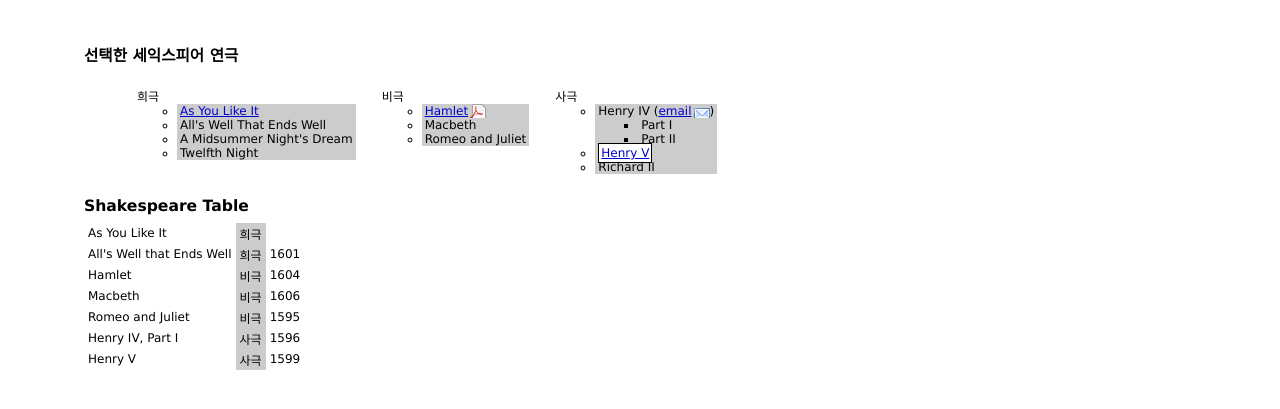
Repository: RyuJelly/211
Page: java_web/jQuery/WebContent/chap02/index.html
The author's editor kept a copy of each file at every save. The page is drawn from the files as they stood at one save, then again after the next save.
The browser window is 1280 px wide. The pictures show the whole page.

Above is the page before, as saved 2021-03-15 03:41:54.

### java_web/jQuery/WebContent/chap02/index.html
<!DOCTYPE html PUBLIC "-//W3C//DTD XHTML 1.0 Transitional//EN"
	"http://www.w3.org/TR/xhtml1/DTD/xhtml1-transitional.dtd">

<html xmlns="http://www.w3.org/1999/xhtml" xml:lang="en" lang="en">
<head>
	<meta http-equiv="Content-Type" content="text/html; charset=utf-8"/>

	<title>Selected ShakeSpeare Plays</title>
	<link rel="stylesheet" href="../css/default.css" type="text/css" media="screen" />
	<link rel="stylesheet" href="chapter2.css" type="text/css" media="screen" />

	<script src="jquery.js" type="text/javascript"></script>
  <script src="chapter2.js" type="text/javascript"></script>

</head>
<body>
<div id="container">

<h2>선택한 세익스피어 연극</h2>
<ul id="selected-plays" class="clear-after">
  <li>희극
    <ul>
    	<li><a href="/asyoulikeit/">As You Like It</a></li>
    	<li>All's Well That Ends Well</li>
    	<li>A Midsummer Night's Dream</li>
    	<li>Twelfth Night</li>
    </ul>
  </li>
  <li>비극
    <ul>
    	<li><a href="hamlet.pdf">Hamlet</a></li>
    	<li>Macbeth</li>
    	<li>Romeo and Juliet</li>
    </ul>
  </li>
  <li>사극
    <ul>
    	<li>Henry IV (<a href="mailto:henryiv@king.co.uk">email</a>)
        <ul>
          <li>Part I</li>
          <li>Part II</li>
			  </ul>
			</li>
			<li><a href="http://www.shakespeare.co.uk/henryv.htm">Henry V</a></li>
			<li>Richard II</li>
    </ul>
  </li>
</ul>
<h2>Shakespeare Table</h2>
<table>
  <tr>
  	<td>As You Like It</td>
  	<td>희극</td>
  	<td></td>
  </tr>
  <tr>
  	<td>All's Well that Ends Well</td>
  	<td>희극</td>
  	<td>1601</td>
  </tr>
  <tr>
  	<td>Hamlet</td>
  	<td>비극</td>
  	<td>1604</td>
  </tr>
  <tr>
  	<td>Macbeth</td>
  	<td>비극</td>
  	<td>1606</td>
  </tr>
  <tr>
  	<td>Romeo and Juliet</td>
  	<td>비극</td>
  	<td>1595</td>
  </tr>
  <tr>
  	<td>Henry IV, Part I</td>
  	<td>사극</td>
  	<td>1596</td>
  </tr>
  <tr>
  	<td>Henry V</td>
  	<td>사극</td>
  	<td>1599</td>
  </tr>
</table>
<!-- <h2>from Benjamin Franklin's <em>Autobiography</em></h2>
<p>Thus refreshed, I walked again up the street, which by this time had many clean-dressed people in it, who were all walking the same way. I joined them, and thereby was led into the great meeting-house of the Quakers near the market. I sat down among them, and, after looking round awhile and hearing nothing said, being very drowsy thro’ labor and want of rest the preceding night, I fell fast asleep, and continued so till the meeting broke up, when one was kind enough to rouse me. This was, therefore, the first house I was in, or slept in, in Philadelphia.</p> -->
</div>
</body>
</html>

### java_web/jQuery/WebContent/chap09/default.css
body {
  font: 62.5% Arial, Verdana, sans-serif;
}

#container {
  padding: 20px 60px 100px;
}
h1 {
  font-size: 2.5em;
  margin-bottom: 1em;
}
h2 {
  font-size: 1.3em;
  margin-bottom: .5em;
}
h3 {
  font-size: 1.1em;
  margin-bottom: 0;
}

### java_web/jQuery/WebContent/chap02/chapter2.css
/***************************************
   =default styles
************************************** */

html, body {
  margin: 0;
  padding: 0;
}

body {
  font: 62.5% Verdana, Helvetica, Arial, sans-serif;
  color: #000;
  background: #fff;
}
#container {
  font-size: 1.2em;
  margin: 10px 2em;
}

h1 {
  font-size: 2.5em;
  margin-bottom: 0;
}

h2 {
  font-size: 1.3em;
  margin-bottom: .5em;
}
h3 {
  font-size: 1.1em;
  margin-bottom: 0;
}

code {
  font-size: 1.2em;
}

a {
  color: #06581f;
}
/* ----------------------------
=Aslett Clearing Method for floats
-------------------------------*/
.clear-after:after {
  content: ".";
  display: block;
  height: 0;
  clear: both;
  visibility: hidden;
  }
.clear-after {display: inline-block;}
/* backslash hack hides from IE Mac \*/
	* html .clear-after {height: 1%;}
	.clear-after {display: block;}
/* end backslash hack */


/***************************************
   =chapter styles
************************************** */

li {
  padding: 0 3px;
}
.horizontal {
  float: left;
  list-style: none;
  margin: 10px;
}
.sub-level {
  background: #ccc;
}
a {
  color: #00c;
}
a.mailto {
  background: url(images/email.png) no-repeat 100% 2px;
  padding-right: 18px;
}
a.pdflink {
  background: url(images/pdf.png) no-repeat 100% 0;
  padding-right: 18px;
}
a.henrylink {
  background-color: #fff;
  padding: 2px;
  border: 1px solid #000;
}
a.external {
  background: #fff url(images/external.png) no-repeat 100% 2px;
  padding-right: 16px;
}

table {
  border-collapse: collapse;
}
th, td {
  text-align: left;
  padding: 2px 4px;
}
.table-heading {
  background-color: #000;
  color: #fff;

}

.alt {
  background-color: #ccc;
}

.highlight {
  font-weight: bold;
  font-style: italic;
}

.italic {
  font-style: italic;
}
.bold {
  font-weight: bold;
}

### java_web/jQuery/WebContent/chap02/chapter2.js
$(function(){
	$('#selected-plays > li').addClass('horizontal');
	$('#selected-plays li:not("#selected-plays > li")').addClass('sub-level');
	$('a[href $= pdf]').addClass('pdflink');
	$('a[href ^= mailto]').addClass('mailto');
	$('a[href *= henry]:not(.mailto)').addClass('henrylink');
	$('td:nth-child(2n)').addClass('alt');
});

Loaded but not shown: java_web/jQuery/WebContent/chap02/jquery.js (library)

After the next save:
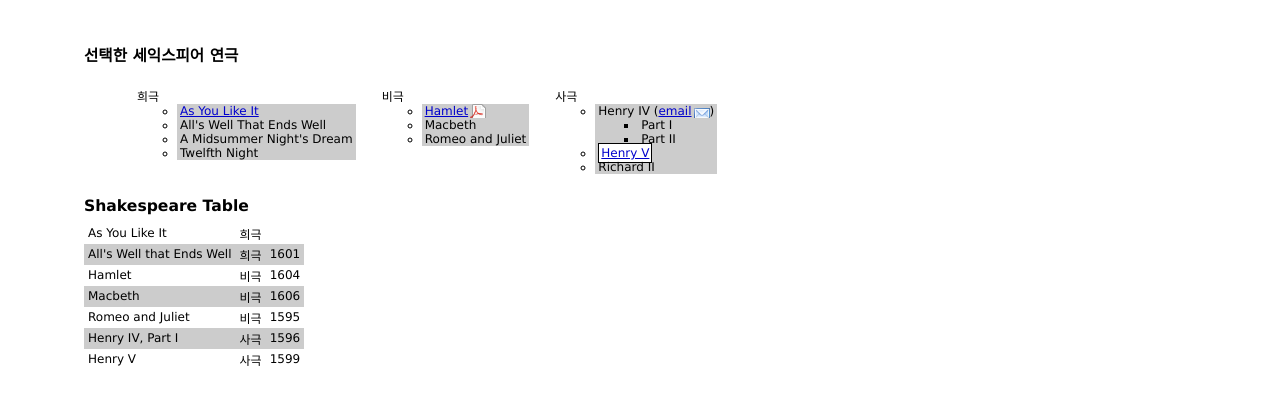
Saved 14 s later.
--- a/java_web/jQuery/WebContent/chap02/chapter2.js
+++ b/java_web/jQuery/WebContent/chap02/chapter2.js
@@ -4,5 +4,5 @@ $(function(){
 	$('a[href $= pdf]').addClass('pdflink');
 	$('a[href ^= mailto]').addClass('mailto');
 	$('a[href *= henry]:not(.mailto)').addClass('henrylink');
-	$('td:nth-child(2n)').addClass('alt');
+	$('tr:nth-child(2n)').addClass('alt');
 });
